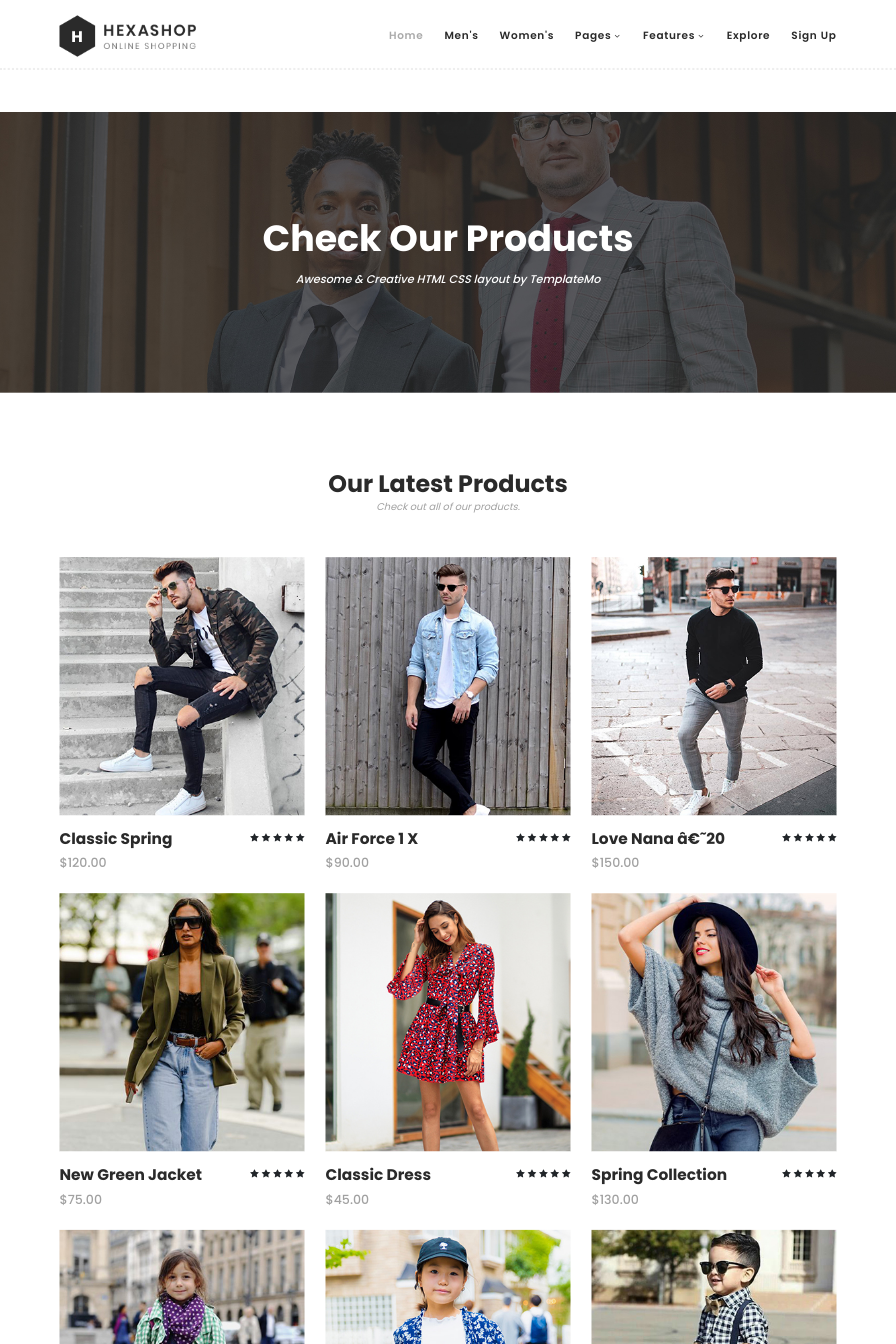
Repository: anmoltrivedi2111/JAVA
Page: http://localhost/HexaShop/products.jsp
An editor plug-in stored every save of this project. The page is shown before and after the next save, followed by the edit.
The browser window is 1280 px wide. The pictures show the part of the page from y = 0 to 1920 px (the page is 2870 px tall), at 70% of full size.
The page is served by Tomcat 9.

Above is the page before, as saved 2025-05-21 05:28:45.
Console error: TypeError: Cannot read properties of undefined (reading 'top')

After the next save:
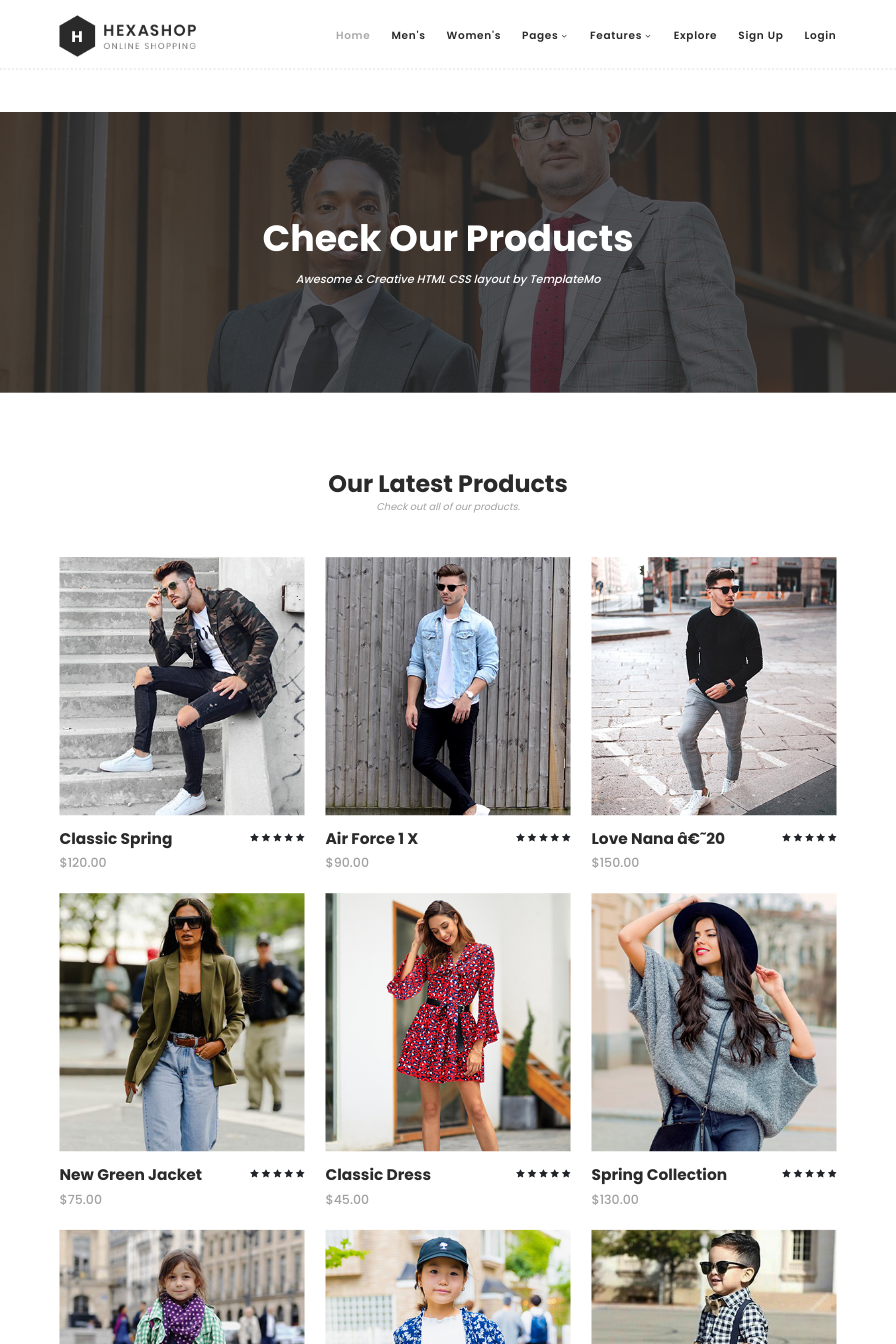
Saved 63 s later.
--- a/eclipse-workspace/HexaShop/src/main/webapp/header.jsp
+++ b/eclipse-workspace/HexaShop/src/main/webapp/header.jsp
@@ -79,6 +79,7 @@ https://templatemo.com/tm-571-hexashop
                             </li>
                             <li class="scroll-to-section"><a href="#explore">Explore</a></li>
                             <li class=""><a href="Signup.jsp">Sign Up</a></li>
+                            <li class=""><a href="login.jsp">Login</a></li>
                         </ul>
                         <a class='menu-trigger'>
                             <span>Menu</span>
